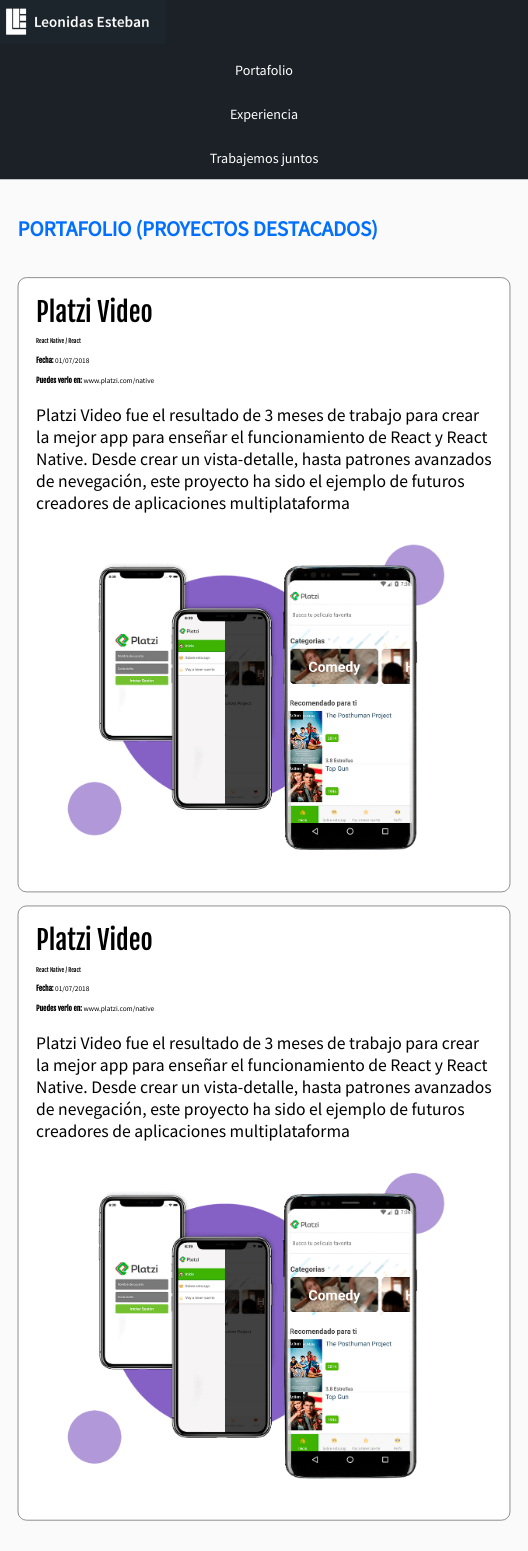
Repository: joseLozanoTamayo/web-desing
Page: desarrollo-web-portafolio/index.html
These files come from the project's save history. The page is drawn as it stood at one moment and after the next save; the edit follows.
The browser window is 600 px wide. The pictures show the whole page, at 88% of full size.

Above is the page before, as saved 2019-04-21 22:31:26.

### desarrollo-web-portafolio/index.html
<!DOCTYPE html>
<html lang="es">
  <head>
    <meta name="viewport" content="width=device-width, initial-scale=1" />
    <meta charset="UTF-8" />
    <title>Leonidas Esteban</title>
    <link rel="icon" type="image/png" href="images/favicon.png" />
    <link
      href="https://fonts.googleapis.com/css?family=Fjalla+One|Source+Sans+Pro"
      rel="stylesheet"
    />
    <link rel="stylesheet" href="css/estilos.css" />
  </head>
  <body>
    <header class="header">
      <div class="container">
        <figure class="logo">
          <img
            src="images/logo.png"
            height="50"
            alt="Logo de http://leonidasesteban.com"
          />
        </figure>
        <nav class="menu">
          <ol>
            <li>
              <a class="link" href="#portafolio">Portafolio</a>
            </li>
            <li>
              <a class="link" href="#eventos">Experiencia</a>
            </li>
            <li>
              <a class="link" href="#contacto">Trabajemos juntos</a>
            </li>
          </ol>
        </nav>
      </div>
    </header>
    <!-- <section class="hero">
      <div class="container">
        <h1>
          Hola! Soy <strong>Leonidas Esteban</strong> <br />
          Desarrollador <strong>Javascript</strong> con <br />
          pasión por la <strong>enseñanza</strong>
        </h1>
        <img
          class="hero-image"
          src="images/hero.jpg"
          width="500"
          height="300"
          alt="imagen principal del sitio"
        />
      </div>
    </section> -->
    <section id="portafolio" class="portfolio">
      <div class="container">
        <h2>Portafolio (Proyectos Destacados)</h2>
        <article class="project">
          <div class="project-details">
            <h3 class="project-title">Platzi Video</h3>
            <h6 class="project-course">React Native / React</h6>
            <p class="project-date">
              <small><strong>Fecha:</strong> 01/07/2018</small>
            </p>
            <p class="project-url">
              <small
                ><strong>Puedes verlo en:</strong> www.platzi.com/native</small
              >
            </p>
            <p class="project-description">
              Platzi Video fue el resultado de 3 meses de trabajo para crear la
              mejor app para enseñar el funcionamiento de React y React Native.
              Desde crear un vista-detalle, hasta patrones avanzados de
              nevegación, este proyecto ha sido el ejemplo de futuros creadores
              de aplicaciones multiplataforma
            </p>
          </div>
          <figure class="project-imageContainer">
            <img
              class="project-image"
              width="500"
              src="images/platzi-video-react-native.png"
              alt="prouyecto del curso de React Native"
            />
          </figure>
        </article>
        <article class="project">
          <div class="project-details">
            <h3 class="project-title">Platzi Video</h3>
            <h6 class="project-course">React Native / React</h6>
            <p class="project-date">
              <small><strong>Fecha:</strong> 01/07/2018</small>
            </p>
            <p class="project-url">
              <small
                ><strong>Puedes verlo en:</strong> www.platzi.com/native</small
              >
            </p>
            <p class="project-description">
              Platzi Video fue el resultado de 3 meses de trabajo para crear la
              mejor app para enseñar el funcionamiento de React y React Native.
              Desde crear un vista-detalle, hasta patrones avanzados de
              nevegación, este proyecto ha sido el ejemplo de futuros creadores
              de aplicaciones multiplataforma
            </p>
          </div>
          <figure class="project-imageContainer">
            <img
              class="project-image"
              width="500"
              src="images/platzi-video-react-native.png"
              alt="prouyecto del curso de React Native"
            />
          </figure>
        </article>
      </div>
    </section>
    <!-- <div class="container">
      <h2 class="event-list-title">Más sobre mi experiencia</h2>
    </div>
    <section id="eventos" class="event-list">
      <div class="container">
        <article class="event">
          <figure class="event-imageContainer">
            <img class="event-image" src="images/platzi-conf.jpg" width="500" />
          </figure>
          <div class="event-detail">
            <h3 class="event-title">PlatziConf México 2018</h3>
            <p class="event-description">
              El evento más grande sobre gente que quiere aprender más de
              internet. En esté evento te comparto como tener una vida de
              constante aprendizaje.
            </p>
            <a
              class="event-url"
              href="https://www.youtube.com/watch?v=BIS7cWGgJg0"
              target="_blank"
              >Ver Plática</a
            >
          </div>
        </article>
        <article class="event">
          <figure class="event-imageContainer">
            <img class="event-image" src="images/platzi-conf.jpg" width="500" />
          </figure>
          <div class="event-detail">
            <h3 class="event-title">PlatziConf México 2018</h3>
            <p class="event-description">
              El evento más grande sobre gente que quiere aprender más de
              internet. En esté evento te comparto como tener una vida de
              constante aprendizaje.
            </p>
            <a
              class="event-url"
              href="https://www.youtube.com/watch?v=BIS7cWGgJg0"
              target="_blank"
              >Ver Plática</a
            >
          </div>
        </article>
        <article class="event">
          <figure class="event-imageContainer">
            <img class="event-image" src="images/platzi-conf.jpg" width="500" />
          </figure>
          <div class="event-detail">
            <h3 class="event-title">PlatziConf México 2018</h3>
            <p class="event-description">
              El evento más grande sobre gente que quiere aprender más de
              internet. En esté evento te comparto como tener una vida de
              constante aprendizaje.
            </p>
            <a
              class="event-url"
              href="https://www.youtube.com/watch?v=BIS7cWGgJg0"
              target="_blank"
              >Ver Plática</a
            >
          </div>
        </article>
        <article class="event">
          <figure class="event-imageContainer">
            <img class="event-image" src="images/platzi-conf.jpg" width="500" />
          </figure>
          <div class="event-detail">
            <h3 class="event-title">PlatziConf México 2018</h3>
            <p class="event-description">
              El evento más grande sobre gente que quiere aprender más de
              internet. En esté evento te comparto como tener una vida de
              constante aprendizaje.
            </p>
            <a
              class="event-url"
              href="https://www.youtube.com/watch?v=BIS7cWGgJg0"
              target="_blank"
              >Ver Plática</a
            >
          </div>
        </article>
      </div>
    </section>
    <section id="contacto" class="contact">
      <div class="container">
        <form action="/suscripcion/" class="form-email">
          <h3>¿Creamos algo juntos?</h3>
          <input type="text" placeholder="Déjame tu email" id="email" />
          <button>Enviar</button>
        </form>
        <div class="social">
          <a
            href="https://twitter.com/leonidasesteban"
            class="social-link twitter"
          ></a>
          <a
            href="https://facebook.com/leonidas.esteban"
            class="social-link facebook"
          ></a>
          <a
            href="https://github.com/leonidasesteban"
            class="social-link github"
          ></a>
          <a
            href="https://instagram.com/leonidasesteban"
            class="social-link instagram"
          ></a>
        </div>
      </div>
    </section>
    <footer class="footer">
      <div class="container">
        <div>
          <p>
            Curso de Desarrollo web online 2018
            <img src="images/platzi.png" width="80" alt="platzi" />
          </p>
        </div>
        <div>
          <p>
            Designed with by
            <a href="https://twitter.com/thespianartist">@thespianartist</a>
          </p>
        </div>
      </div>
    </footer> -->
  </body>
</html>

### desarrollo-web-portafolio/css/estilos.css
/* reglas
selectores
declaraciones
propiedades
valores */


/* seletor de etiqueta  header - section - article - nav */
/* header {
  background: pink;
  color: red
} */

/* selector descendente  */
/* body header div nav ol li a  */

/* selector de clase . */

/* .link */

/* selector de id # */
/* #portafolio */



/* gris oscuro = #1d252c */
/* gris claro = #626262 */
/* background gris = #1b2127 */
/* celeste = #026fff */

body {
  font-family: 'Source Sans Pro', sans-serif;
  margin: 0;
}

h1,
h2,
h3,
h4,
h5,
h6{
  font-family: 'Fjalla One', sans-serif;
  font-weight: normal;
  /* font-style: italic; */
}

h1 {
  font-size: 40px;
  line-height: 1.5;
  letter-spacing: -.2px;
  color: white;
  margin: 0;
  /* margin: 100px 150px 70px 30px; */
  /* text-transform: uppercase; */
  /* text-decoration: dashed; */
}
h1 strong {
  color: #026fff;
}
h2 {
  color: #026fff;
  text-transform: uppercase;
  font-family: 'Source Sans Pro', sans-serif;
  font-weight: bold;
  font-size: 24px;
  margin-bottom: 40px;
}

.hero {
  height: 300px;
  /* background-image: url('../images/hero.jpg'); */
  background-color: #1b2127;
  /* background-size: 500px 300px; */
  /* background-repeat: no-repeat; */
  /* background-position-x: right; */
  display: flex;
  align-items: center;
  justify-content: space-between;
  flex-wrap: wrap;
}

.hero-image{
  object-fit: cover;
}


.portfolio {
  background: #fafafa;
  padding: 20px;
  /* background: red; */
}

.project {
  /* border-top: 10px solid red;
  border-right: 10px solid green;
  border-left: 10px solid orange;
  border-bottom: 10px solid pink; */
  /* color: blue; */
  /* border-top-color: red;
  border-top-width: 15px;
  border-top-style: solid; */
  border: 1px solid gray;
  border-radius: 10px;
  /* border-top-left-radius: 50px;
  border-top-right-radius: 10px;
  border-bottom-left-radius: 10px;
  border-bottom-right-radius: 10px; */
  /* margin: 10px; */
  margin-bottom: 15px;
  /* margin-right
  margin-left
  margin-top */
  padding: 20px;
  background: white;
  display: flex;
  align-items: center;
  justify-content: space-between;
  flex-wrap: wrap;
}
.project-course,
.project-date,
.project-url {
  margin: 10px 0;
}
.project-description {
  font-size: 20px;
}
.project strong {
  font-family: 'Fjalla One', sans-serif;
}
/* .project-date {
  margin: 10px 0;
} */

.project-title {
  font-size: 30px;
  margin-top: 0;
  margin-bottom: 10px;
}


.project-details {
  width: 50%;
}

.project-imageContainer {
  width: 50%;
}

.project-imageContainer img {
  max-width: 100%;
}

.header {
  background-color: #1b2127;
  color: white;
  display: flex;
  height: 70px;
  align-items: center;
  justify-content: space-between;
  flex-wrap: wrap;
}

ol,
ul {
  margin: 0;
  padding: 0;
  list-style: none;
}

figure {
  margin: 0;
}

.header a {
  color: white;
  text-decoration: none;
}
.menu {
  height: inherit;
}
.header ol {
  display: flex;
  height: inherit;
}
.header ol li {
  height: inherit;
}
.header a {
  display: flex;
  align-items: center;
  height: inherit;
  padding: 0 10px;
}

.flexbox {
  display: flex;
  /* flex-wrap: nowrap; */
  flex-wrap: wrap;
  /* flex-direction: column; */
}

.box {
  width: 50px;
  height: 50px;
  margin: 5px;
  border: 1px solid red;

  flex-shrink: 0;
}

.footer {
  color: white;
  background-color: #1b2127;
  display: flex;
  align-items: center;
  justify-content: space-between;
  flex-wrap: wrap;
}

.footer img {
  vertical-align: middle;
}

.footer a {
  color: white;
}

.event-list {
  display: flex;
  flex-wrap: wrap;
}
.event-list-title {
  margin-left: 20px;
}
.event {
  margin: 10px;
  width: 480px;
  flex-shrink: 0;
  border-radius: 10px;
  overflow: hidden;
  background: #f4fbff;
}
.event img {
  width: 480px;
  height: 200px;
  object-fit: cover;
}
.event-detail {
  margin: 20px 40px;
  margin-top: -40px;
  background-color: white;
  position: relative;
  padding: 20px;
  text-align: center;
}
.event-description {
  text-align: left;
}

.event-url {
  color: #056fff;
  border: 1px solid;
  padding: 5px 20px;
  text-decoration: none;
  border-radius: 5px;
}

.contact {
  background-color: #056fff;
  color: white;
  height: 150px;
  display: flex;
  align-items: center;
  justify-content: space-between;
  flex-wrap: wrap;
}

.social {
}

.social-link {
  display: inline-block;
  width: 50px;
  height: 50px;
  margin: 0 10px;
  background-size: 50px 50px;
}

.social-link.twitter {
  background-image: url('../images/twitter.svg');
}
.social-link.facebook {
  background-image: url('../images/facebook.svg');
}
.social-link.github {
  background-image: url('../images/github.svg');
}
.social-link.instagram {
  background-image: url('../images/instagram.svg');
}


.form-email input {
  border-color: gray;
  border-style: solid;
  border-radius: 5px;
  padding: 10px 20px 10px 25px;
  background-image: url('../images/envelope.svg');
  background-size: 15px 15px;
  background-repeat: no-repeat;
  background-position-y: center;
  background-position-x: 5px;
}

.form-email button {
  display: block;
  background: transparent;
  color: white;
  padding: 10px 0;
  border-radius: 5px;
  width: 100px;
  margin-top: 10px;
}

.form-email h3 {
  font-family: 'Source Sans Pro', sans-serif;
}

.container {
  /* border: 1px solid red; */
  max-width: 1000px;
  flex: 1;
  margin: 0 auto;
  display: inherit;
  justify-content: inherit;
  align-items: inherit;
  height: inherit;
  flex-wrap: inherit;
}

/* destop first que empieces desde MQ mas grande*/

@media screen and ( max-width: 1024px){
}

@media screen and (max-width: 767px) {
  .header {
    display: block;
    height: auto;
  }

  .header ol {
    display: block;
  }

  .header ol li {
    height: 50px;
  }

  .header a {
    justify-content: center;
  }

  .project {
    display: block;
  }

  .project-imageContainer {
    width: auto;
    text-align: center;
  }

  .project-details {
    width: auto;
    font-size: 10px;
  }

  .project-title {

  }

  .project-url {

  }

  .project-course {

  }

  .project-date {

  }

  .project-description {

  }

}

@media screen and ( max-width: 480px){
}

@media screen and ( max-width: 320px){
}

After the next save:
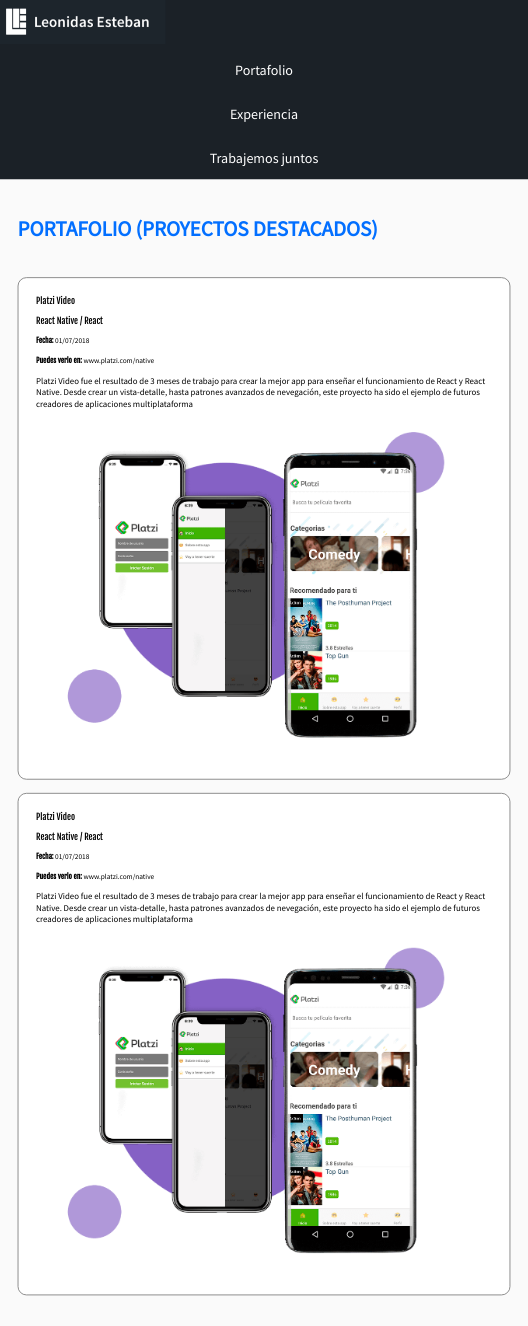
Saved 39 s later.
--- a/desarrollo-web-portafolio/css/estilos.css
+++ b/desarrollo-web-portafolio/css/estilos.css
@@ -377,23 +377,23 @@
   }
 
   .project-title {
-
+    font-size: 1em;
   }
 
   .project-url {
-
+    font-size: 1em;
   }
 
   .project-course {
-
+    font-size: 1em;
   }
 
   .project-date {
-
+    font-size: 1em;
   }
 
   .project-description {
-
+    font-size: 1em;
   }
 
 }
